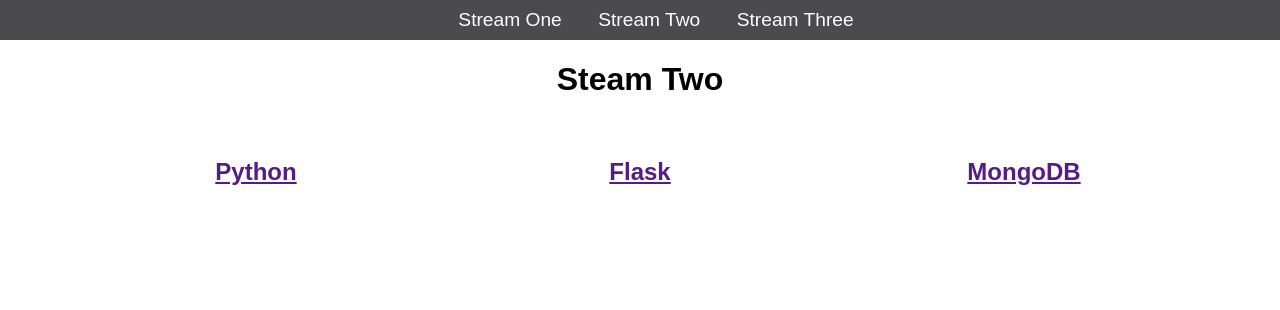
Repository: lisaannbyrne1/my-first-website
Page: stream-two.html
The author's editor kept a record of every edit. The page is drawn from the files as they stood at one moment, then again after the next edit.
The browser window is 1280 px wide. The pictures show the whole page.

Above is the page before.

After the next edit:
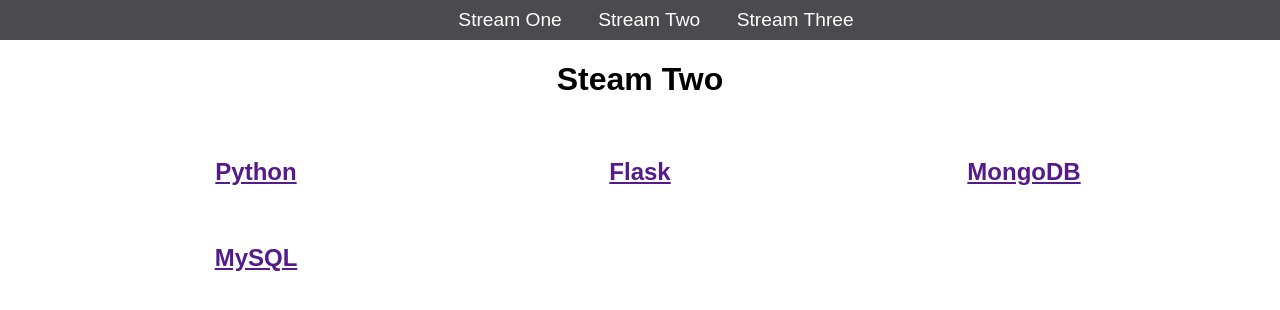
The edit:
--- a/stream-two.html
+++ b/stream-two.html
@@ -31,5 +31,11 @@
                 <h2>MongoDB</h2>
             </a>
         </div>
+       <div class="card">
+            <a href="">
+                <img src=""/>
+                <h2>MySQL</h2>
+            </a>
+        </div>
     </body>
 </html>
